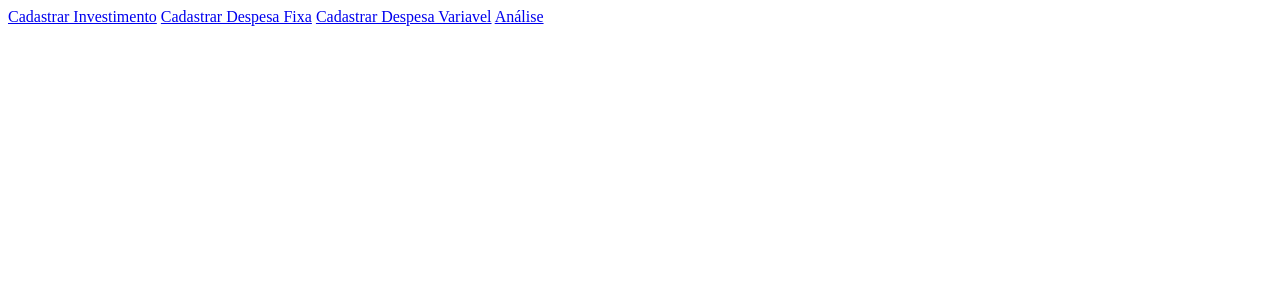
Repository: hiroshinuts/FH-BRQ-PROJETO
Page: http://localhost/FinancialHealth/logado/indexlogado.jsp
The author's editor kept a copy of each file at every save. The page is drawn from the files as they stood at one save, then again after the next save.
The browser window is 1280 px wide. The pictures show the whole page.
The page is served by Tomcat 9.

Above is the page before, as saved 2016-06-05 00:34:20.

After the next save:
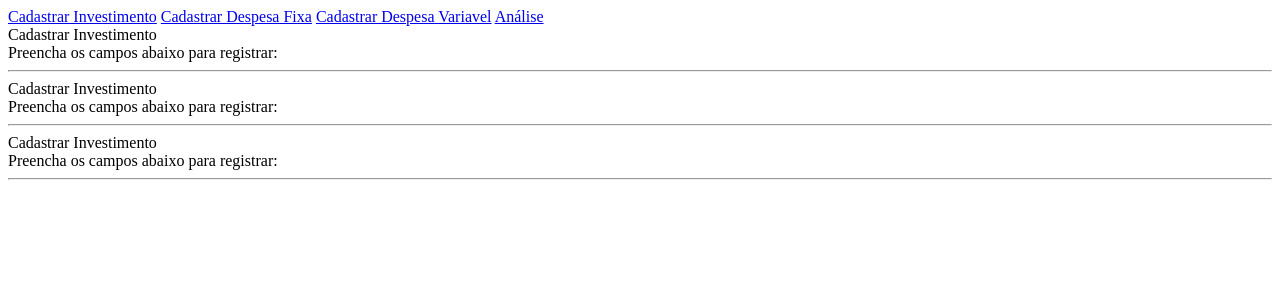
Saved 4 min 58 s later.
--- a/FinancialHealth/WebContent/logado/indexlogado.jsp
+++ b/FinancialHealth/WebContent/logado/indexlogado.jsp
@@ -14,7 +14,62 @@
 		<a href="analise.jsp" >Análise</a>
 
 
+		<div id="janelainvestimento" class="modal fade">
+			<div class="modal-dialog">
+				<div class="Modal-content">
+				<div class="modal-header bg-primary">
+					<span class="glyphicon glyphicon-user"></span>
+						Cadastrar Investimento
+				</div>
+				<div modal="class-body">
 
+					Preencha os campos abaixo para registrar:
+					<hr/>
+
+					<form ></form>
+
+				</div>
+				</div>
+			</div>
+		</div>
+
+			<div id="janelainvestimento" class="modal fade">
+			<div class="modal-dialog">
+				<div class="Modal-content">
+				<div class="modal-header bg-primary">
+					<span class="glyphicon glyphicon-user"></span>
+						Cadastrar Investimento
+				</div>
+				<div modal="class-body">
+
+					Preencha os campos abaixo para registrar:
+					<hr/>
+
+					<form ></form>
+
+				</div>
+				</div>
+			</div>
+		</div>
+
+			<div id="janeladespesafixa" class="modal fade">
+			<div class="modal-dialog">
+				<div class="Modal-content">
+				<div class="modal-header bg-primary">
+					<span class="glyphicon glyphicon-user"></span>
+						Cadastrar Investimento
+				</div>
+				<div modal="class-body">
+
+					Preencha os campos abaixo para registrar:
+					<hr/>
+
+					<form ></form>
+
+				</div>
+				</div>
+			</div>
+		</div>
 
 </body>
 </html>
